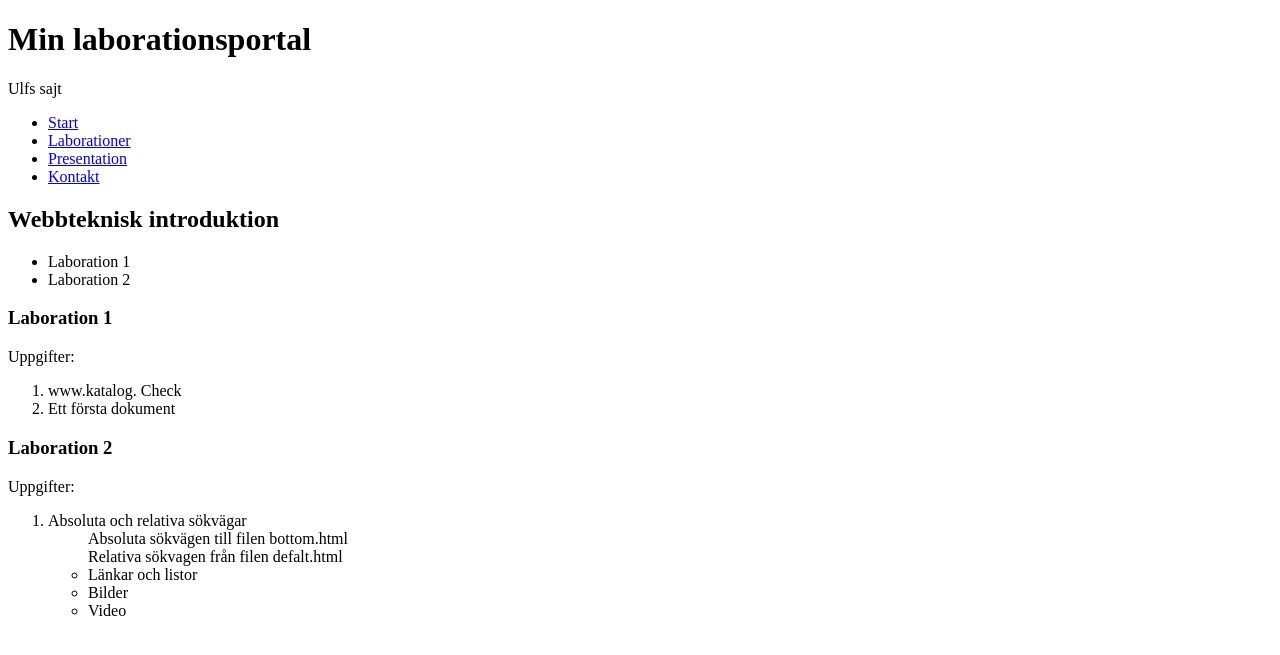
Repository: ulfek/laborationer
Page: pages/laborationer.html
The author's editor kept a record of every edit. The page is drawn from the files as they stood at one moment, then again after the next edit.
The browser window is 1280 px wide. The pictures show the whole page.

Above is the page before.

### pages/laborationer.html
<!doctype html>
    <head>
        <meta charset="utf-8" />
        <title>Laborationer</title>
    </head>
    <body>
        <h1>Min laborationsportal</h1>
        <p>Ulfs sajt</p>
        <ul>
            <li><a href="../index.html">Start</a></li>
            <li><a href="#">Laborationer</a></li>
            <li><a href="presentation.html">Presentation</a></li>
            <li><a href="kontakt.html">Kontakt</a></li>
        </ul>
        <h2>Webbteknisk introduktion</h2>
        <ul>
            <li>Laboration 1</li>
            <li>Laboration 2</li>
        </ul>
        <h3>Laboration 1</h3>
        Uppgifter:
        <ol>
            <li>www.katalog. Check</li>
            <li>Ett första dokument</li>
        </ol>

        <h3>Laboration 2</h3>
        Uppgifter:
        <ol>
            <li>Absoluta och relativa sökvägar</li>
            <ul>Absoluta sökvägen till filen bottom.html<br>
            Relativa sökvagen från filen defalt.html

            <li>Länkar och listor</li>
            <li>Bilder</li>
            <li>Video</li>
        </ol>

    </body>
</html>

After the next edit:
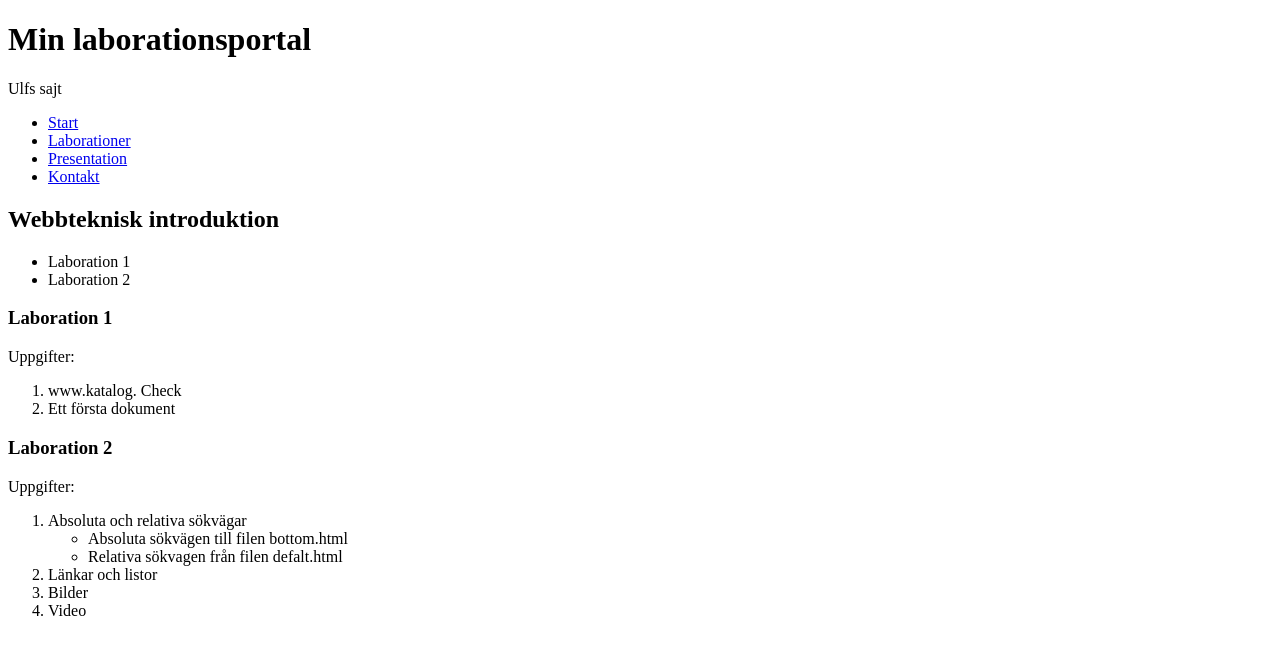
The edit:
--- a/pages/laborationer.html
+++ b/pages/laborationer.html
@@ -28,9 +28,10 @@
         Uppgifter:
         <ol>
             <li>Absoluta och relativa sökvägar</li>
-            <ul>Absoluta sökvägen till filen bottom.html<br>
-            Relativa sökvagen från filen defalt.html
-
+            <ul>
+                <li>Absoluta sökvägen till filen bottom.html</li>
+                <li>Relativa sökvagen från filen defalt.html</li>
+            </ul>
             <li>Länkar och listor</li>
             <li>Bilder</li>
             <li>Video</li>
